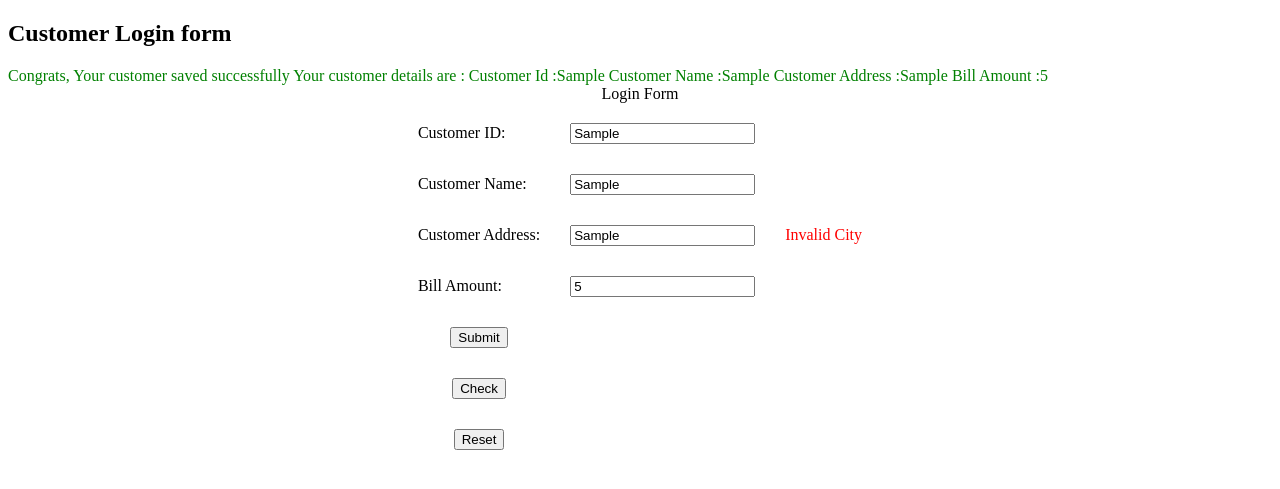
Repository: abhishek110597/Deloitte
Page: Workspace/JavaTraining/CustomerForm.html
The author's editor kept a copy of each file at every save. The page is drawn from the files as they stood at one save, then again after the next save.
The browser window is 1280 px wide. The pictures show the whole page.
Empty fields were first filled with sample values (such as "Sample", 5 or name@example.com).
After loading, the first visible `#Go` was clicked once.

Above is the page before, as saved 2019-12-30 09:36:03.

After the next save:
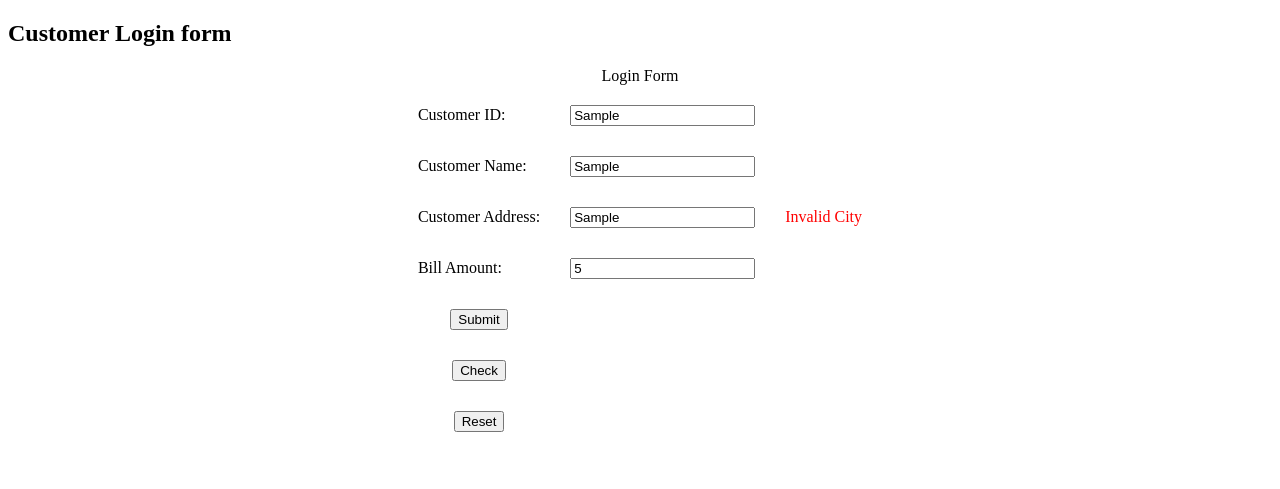
Saved 42 s later.
--- a/Workspace/JavaTraining/CustomerForm.html
+++ b/Workspace/JavaTraining/CustomerForm.html
@@ -30,11 +30,12 @@
 		if (customerAddress == "Pune" || customerAddress == "Mumbai"
 				|| customerAddress == "Delhi") {
 			errorCustomerAddress.innerHTML = ""
+				caddress = true
 		} else if (customerAddress == 0) {
 			errorCustomerAddress.innerHTML = "<font color='red'>Enter the city"
 		} else {
 			errorCustomerAddress.innerHTML = "<font color='red'>Invalid City"
-			caddress = true
+
 		}
 
 		if (customerName == 0) {
